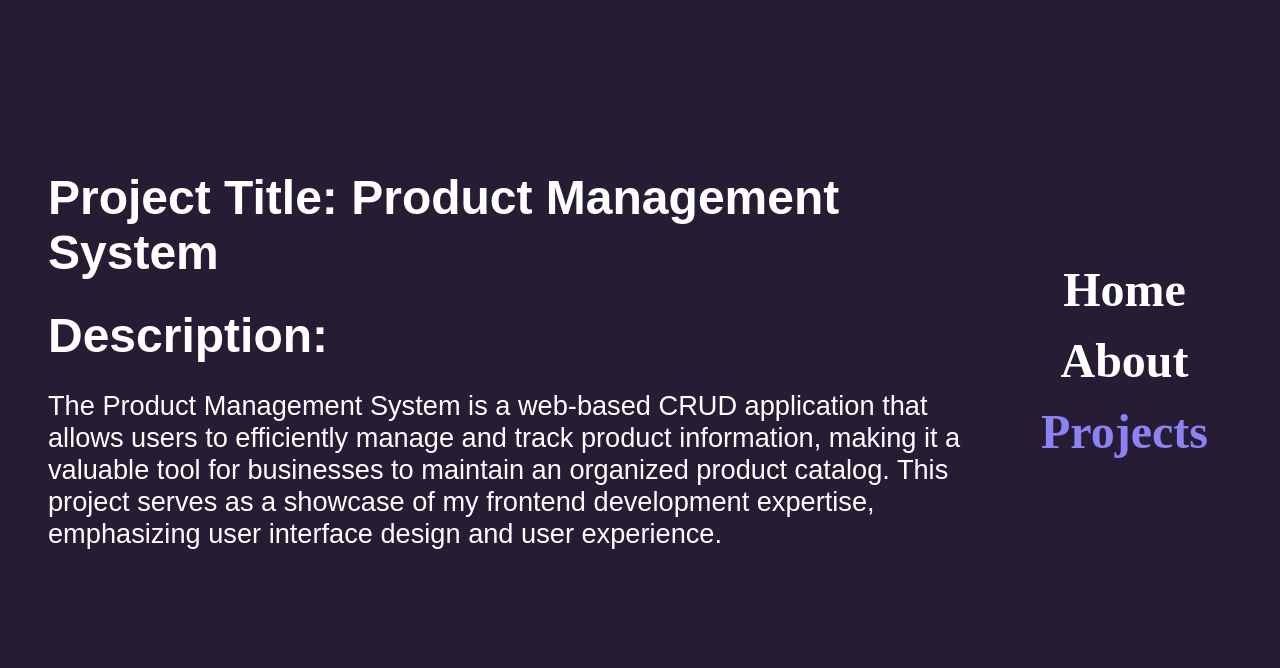
Repository: ahamdy997/portfolio
Page: /projects
An editor plug-in stored every save of this project. The page is shown before and after the next save, followed by the edit.
The browser window is 1280 px wide. The pictures show the whole page.
The project was rebuilt for these pictures with package versions that can differ from the ones it lists, and the page was loaded fresh each time. Also part of the build but not shown: vue.config.js, src/components/HelloWorld.vue, src/views/HomeView.vue.

Above is the page before, as saved 2023-11-06 00:50:55.

### src/App.vue
<template>
  <div class="flex">
    <router-view />
    <header>
      <nav>
        <router-link to="/">Home</router-link>
        <router-link to="/about">About</router-link>
        <router-link to="/projects">Projects</router-link>
      </nav>
    </header>
  </div>
</template>

<style>
* {
  box-sizing: border-box;
  padding: 0;
  margin: 0;
}
#app {
  width: 100%;
  height: 100vh;
  display: flex;
  align-items: center;
  justify-content: space-between;
  text-align: center;
}
.flex {
  display: flex;
  align-items: center;
  justify-content: space-between;
  padding: 3rem;
  gap: 5rem;
  width: 100%;
}
header {
  font-size: 1.7rem;
}

nav {
  text-align: center;
  display: flex;
  flex-direction: column;
  gap: 1rem;
  margin-right: 1.5rem;
}
body {
  font-family: sans-serif;
  background: #261c33;
  /* background: yellow; */
  color: #fff;
}
nav a {
  font-family: serif;
  font-weight: bold;
  color: #fff;
  text-decoration: none;
  font-size: 3rem;
  transition: all 0.2s;
}
nav a:hover {
  font-style: italic;
  transform: translateX(10px);
}

nav a.router-link-exact-active {
  color: #8d81f3;
}
</style>

### src/router/index.js
import { createRouter, createWebHistory } from "vue-router";
import HomeView from "../views/HomeView.vue";

const routes = [
  {
    path: "/",
    name: "home",
    component: HomeView,
  },
  {
    path: "/about",
    name: "about",
    // route level code-splitting
    // this generates a separate chunk (about.[hash].js) for this route
    // which is lazy-loaded when the route is visited.
    component: () =>
      import(/* webpackChunkName: "about" */ "../views/AboutView.vue"),
  },
  {
    path: "/projects",
    name: "project",
    // route level code-splitting
    // this generates a separate chunk (about.[hash].js) for this route
    // which is lazy-loaded when the route is visited.
    component: () =>
      import(/* webpackChunkName: "about" */ "../views/ProjectView.vue"),
  },
];

const router = createRouter({
  history: createWebHistory(process.env.BASE_URL),
  routes,
});

export default router;

### src/views/ProjectView.vue
<template>
  <div>
    <h2>Project Title: Product Management System</h2>
    <h2>Description:</h2>
    <p>
      The Product Management System is a web-based CRUD application that allows
      users to efficiently manage and track product information, making it a
      valuable tool for businesses to maintain an organized product catalog.
      This project serves as a showcase of my frontend development expertise,
      emphasizing user interface design and user experience.
    </p>
  </div>
</template>
<style scoped>
img {
  width: 100%;
}
div {
  text-align: left;
}

h2 {
  margin-bottom: 1.7rem;
  font-size: 3rem;
}
p {
  font-size: 1.7rem;
}
</style>

Loaded but not shown: public/index.html (common file); src/main.js (common file)

After the next save:
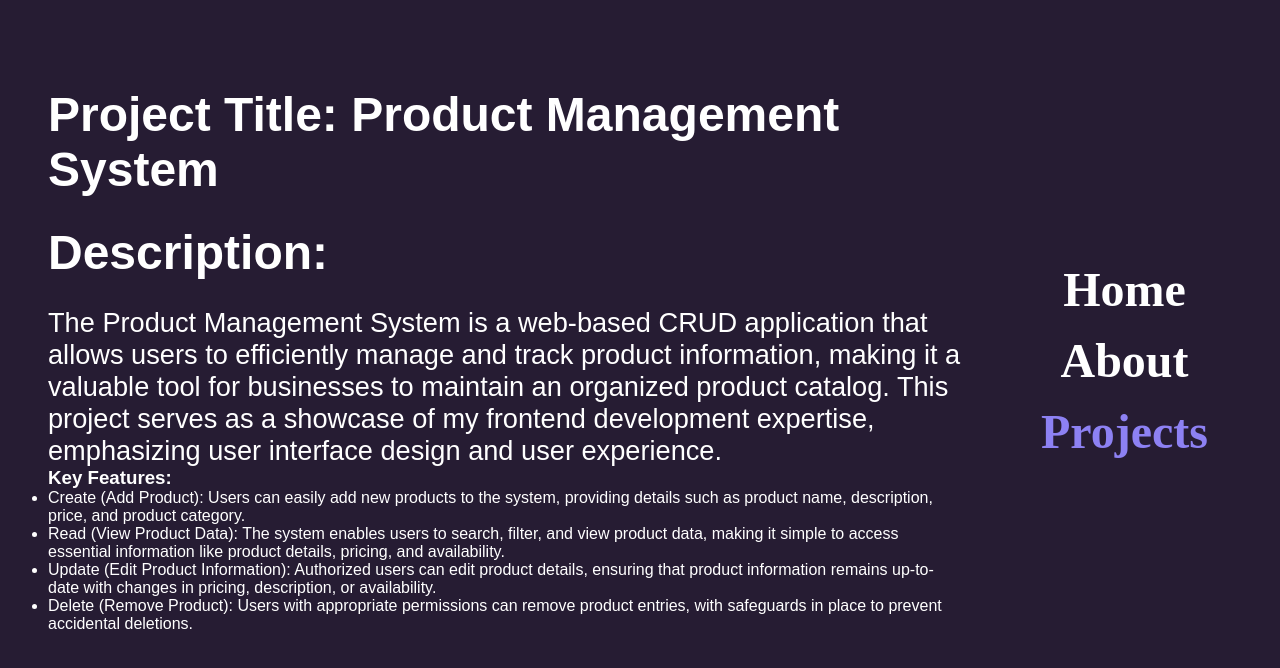
Saved 2 min 7 s later.
--- a/src/views/ProjectView.vue
+++ b/src/views/ProjectView.vue
@@ -9,6 +9,29 @@
       This project serves as a showcase of my frontend development expertise,
       emphasizing user interface design and user experience.
     </p>
+    <ul>
+      <h3>Key Features:</h3>
+      <li>
+        Create (Add Product): Users can easily add new products to the system,
+        providing details such as product name, description, price, and product
+        category.
+      </li>
+      <li>
+        Read (View Product Data): The system enables users to search, filter,
+        and view product data, making it simple to access essential information
+        like product details, pricing, and availability.
+      </li>
+      <li>
+        Update (Edit Product Information): Authorized users can edit product
+        details, ensuring that product information remains up-to-date with
+        changes in pricing, description, or availability.
+      </li>
+      <li>
+        Delete (Remove Product): Users with appropriate permissions can remove
+        product entries, with safeguards in place to prevent accidental
+        deletions.
+      </li>
+    </ul>
   </div>
 </template>
 <style scoped>
